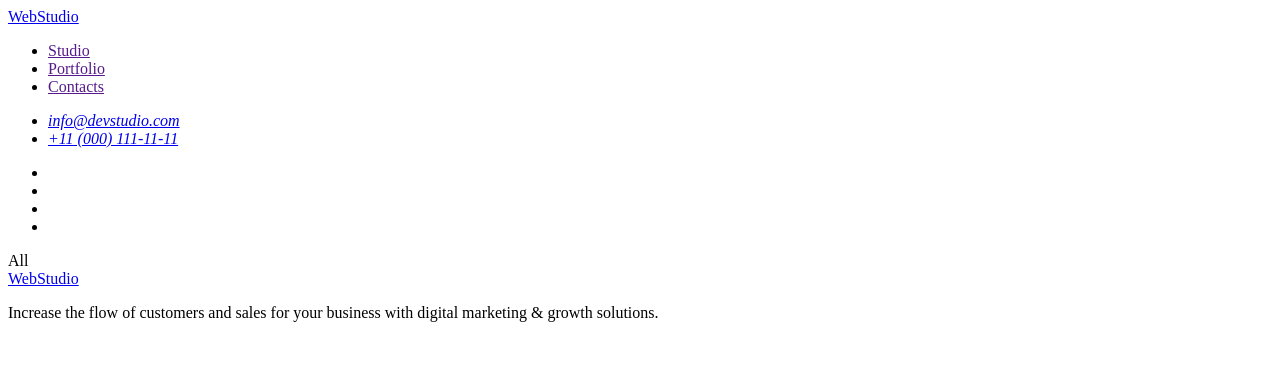
Repository: GrishchenkoNataliya/goit-markup-hw-02
Page: portfolio/indtx.html
The author's editor kept a copy of each file at every save. The page is drawn from the files as they stood at one save, then again after the next save.
The browser window is 1280 px wide. The pictures show the whole page.

Above is the page before, as saved 2023-02-27 12:14:30.

### portfolio/indtx.html
<!DOCTYPE html>
<html lang="en">
  <head>
    <meta charset="UTF-8" />
    <meta http-equiv="X-UA-Compatible" content="IE=edge" />
    <meta name="viewport" content="width=device-width, initial-scale=1.0" />
    <title>homework_1</title>
  </head>
  <body>
    <header>
      <nav>
        <a href="./index.html">WebStudio</a>
        <ul>
          <li>
            <a href="" target="_blank" rel="noopener noreferrer nofollow"
              >Studio</a
            >
          </li>
          <li>
            <a href="" target="_blank" rel="noopener noreferrer nofollow"
              >Portfolio</a
            >
          </li>
          <li>
            <a href="" target="_blank" rel="noopener noreferrer nofollow"
              >Contacts</a
            >
          </li>
        </ul>
      </nav>
      <address>
        <ul>
          <li><a href="mailto:info@devstudio.com">info@devstudio.com</a></li>
          <li><a href="tel:+110001111111">+11 (000) 111-11-11</a></li>
        </ul>
      </address>
    </header>
    <main>
      <ul>
        <li></li>
        <li></li>
        <li></li>
        <li></li>
      </ul>
      <label for="">All</label>
    </main>
    <footer>
      <a href="./index.html">WebStudio</a>

      <p>
        Increase the flow of customers and sales for your business with digital
        marketing & growth solutions.
      </p>
      <!-- Dark-bg -->
    </footer>
  </body>
</html>

After the next save:
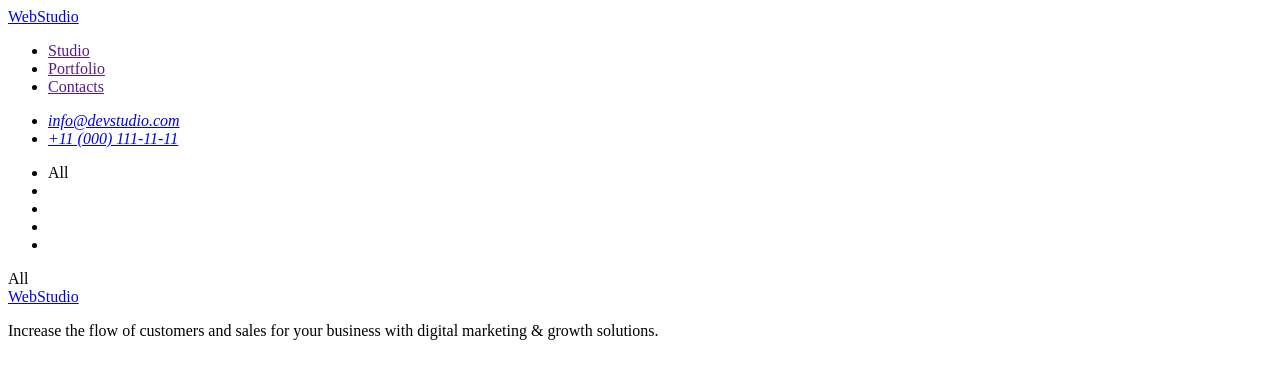
Saved 38 s later.
--- a/portfolio/indtx.html
+++ b/portfolio/indtx.html
@@ -37,6 +37,7 @@
     </header>
     <main>
       <ul>
+        <li><label for="">All</label></li>
         <li></li>
         <li></li>
         <li></li>
